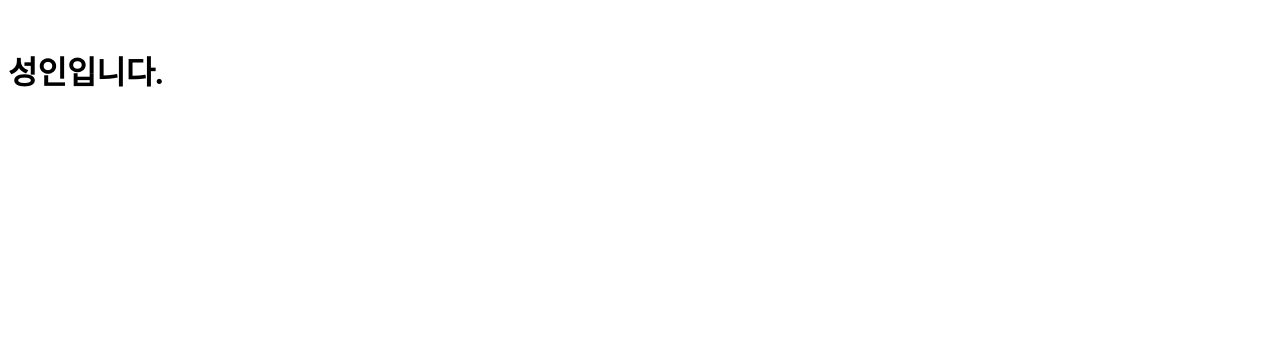
Repository: eyonghwan/jsp_practice
Page: http://localhost/JSPBasic/JspObject/4.objecttest/bus_adult.jsp
These files come from the project's save history. The page is drawn as it stood at one moment and after the next save; the edit follows.
The browser window is 1280 px wide. The pictures show the whole page.
The page is served by Tomcat 9.

Above is the page before, as saved 2022-02-07 05:24:27.

After the next save:
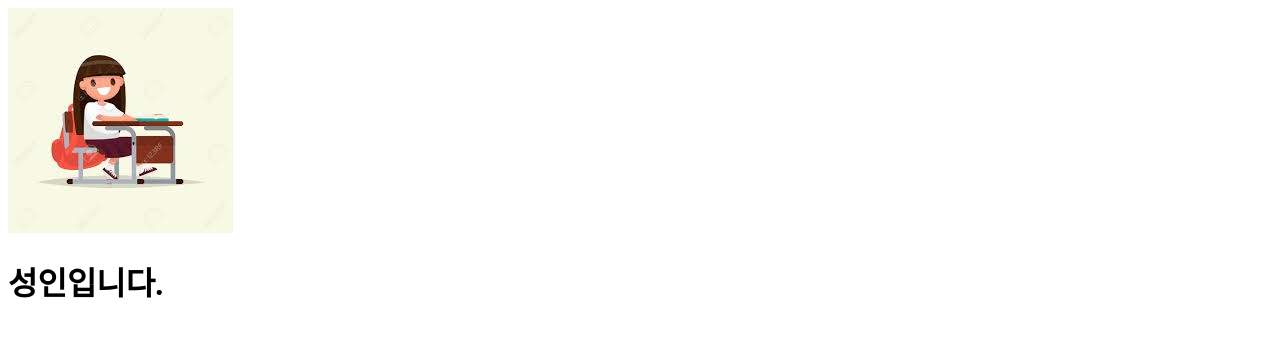
Saved 17 s later.
--- a/JSPBasic/src/main/webapp/JspObject/4.objecttest/bus_adult.jsp
+++ b/JSPBasic/src/main/webapp/JspObject/4.objecttest/bus_adult.jsp
@@ -7,7 +7,7 @@
 <title>성인</title>
 </head>
 <body>
-	<img href="repository/junior.jpg">
+	<img src="repository/junior.jpg">
 	<h1>성인입니다.</h1>
 </body>
 </html>
